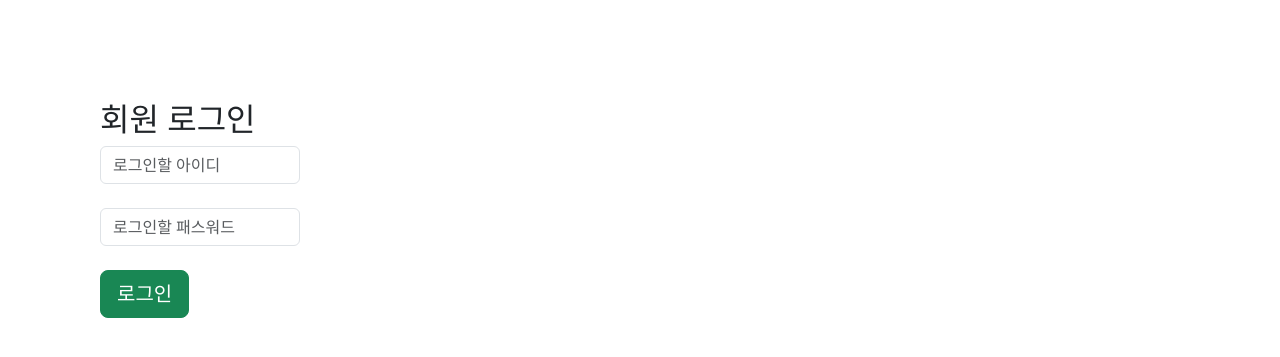
Repository: JunbroGit/SistProject
Page: http://localhost/jsaAjaxProject/login/loginForm.jsp
The author's editor kept a copy of each file at every save. The page is drawn from the files as they stood at one save, then again after the next save.
The browser window is 1280 px wide. The pictures show the whole page.
Some web fonts or font styles are not loaded; a fallback is used. The page is served by Tomcat 9.

Above is the page before, as saved 2024-03-13 01:20:52.

After the next save:
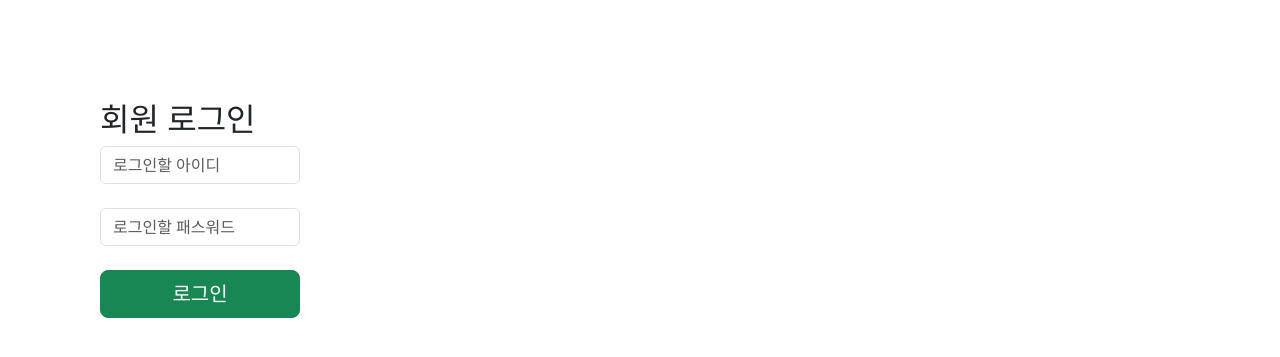
Saved 16 s later.
--- a/jspwork/jsaAjaxProject/src/main/webapp/login/loginForm.jsp
+++ b/jspwork/jsaAjaxProject/src/main/webapp/login/loginForm.jsp
@@ -17,7 +17,7 @@
 		<br>
 		<input type="text" name="pass" class="form-control" style="width: 200px" placeholder="로그인할 패스워드" required="required">
 		<br>
-		<button type="submit" class="btn btn-success btn-lg">로그인</button>
+		<button type="submit" class="btn btn-success btn-lg" style="width: 200px;">로그인</button>
 	</form>
 </div>
 </body>
